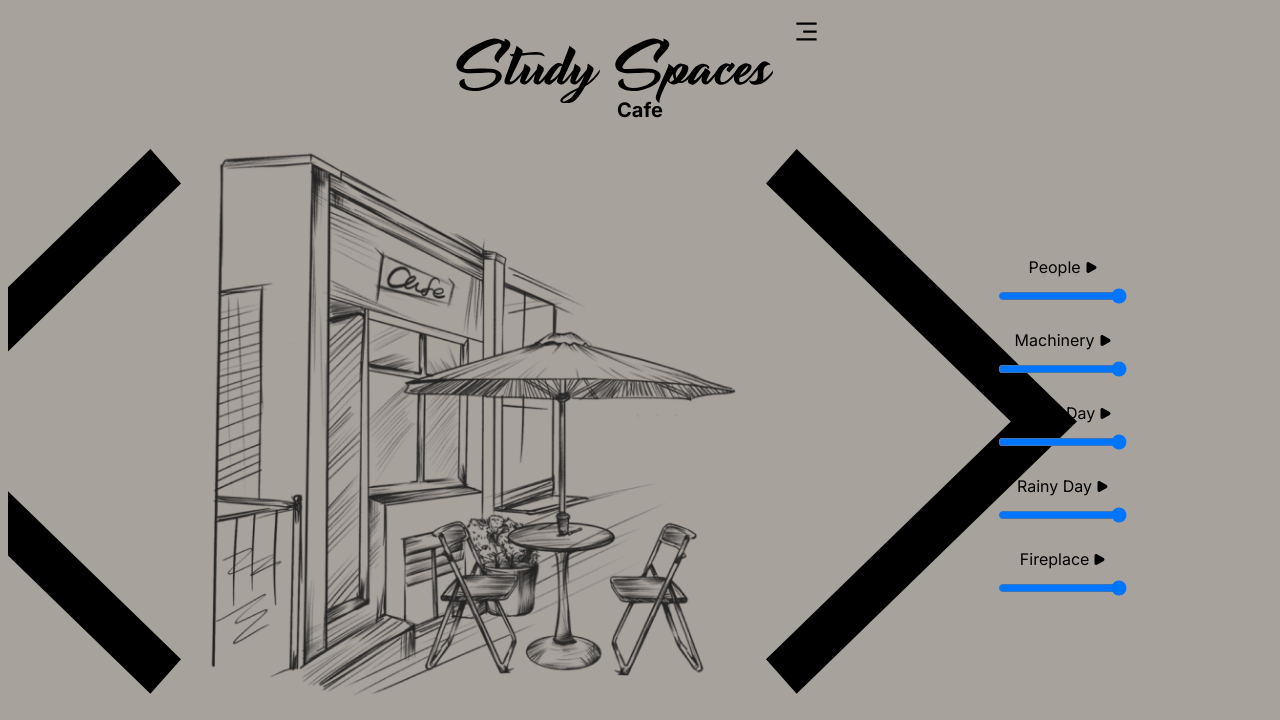
Repository: kaitlynlie/studyspaces
Page: / (app in studyspaces/)
An editor plug-in stored every save of this project. The page is shown before and after the next save, followed by the edit.
The browser window is 1280 px wide. The pictures show the whole page.
The project was rebuilt for these pictures with package versions that can differ from the ones it lists, and the page was loaded fresh each time. Also part of the build but not shown: studyspaces/vite.config.ts. Imported but missing from the stored project, and not drawn on this page: studyspaces/src/audio/fireplace.wav, studyspaces/src/audio/people.wav, studyspaces/src/audio/rain.wav, studyspaces/src/audio/softmachinery.mp3, studyspaces/src/audio/sun.wav.

Above is the page before, as saved 2023-09-28 11:15:42.

After the next save:
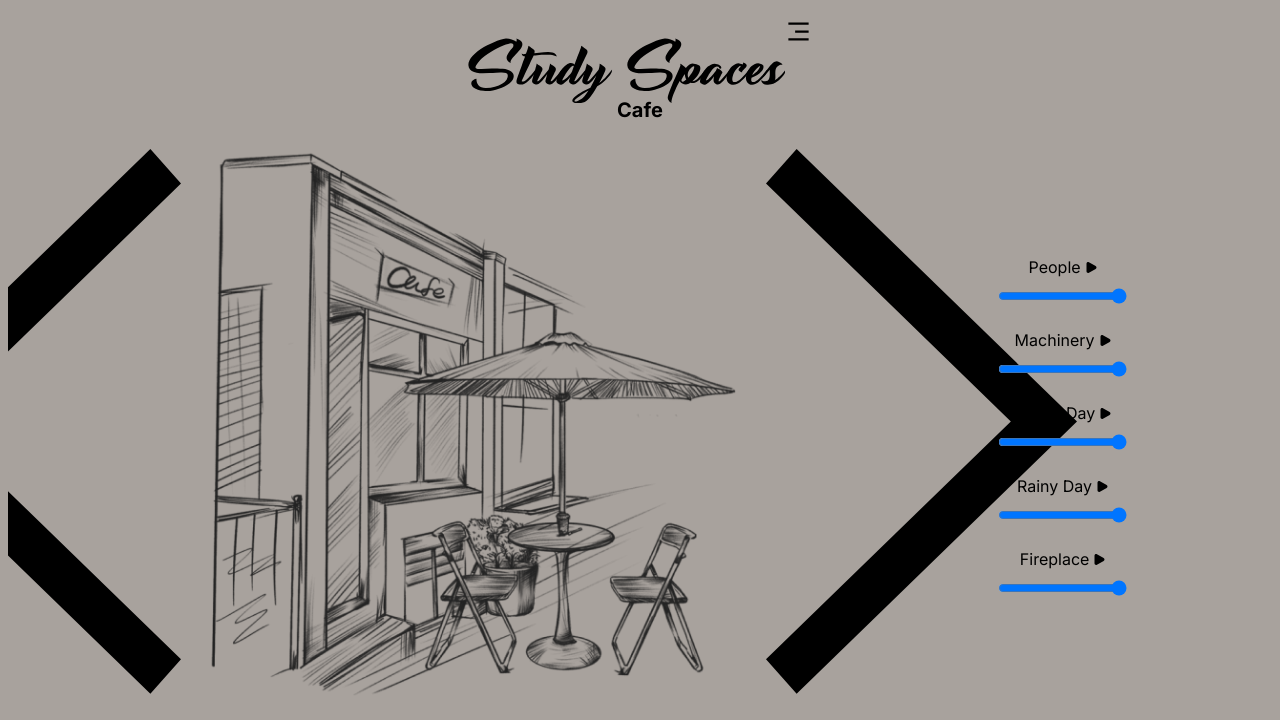
Saved 4 s later.
--- a/studyspaces/src/pages/Navbar.module.scss
+++ b/studyspaces/src/pages/Navbar.module.scss
@@ -50,8 +50,8 @@ nav.navbar {
     .toggle {
       cursor: pointer;
       z-index: 10;
-      margin-left: 20px;
-      margin-right: 5px;
+    //   margin-left: 20px;
+    //   margin-right: 5px;
       .box {
         display: flex;
         justify-content: flex-end;
